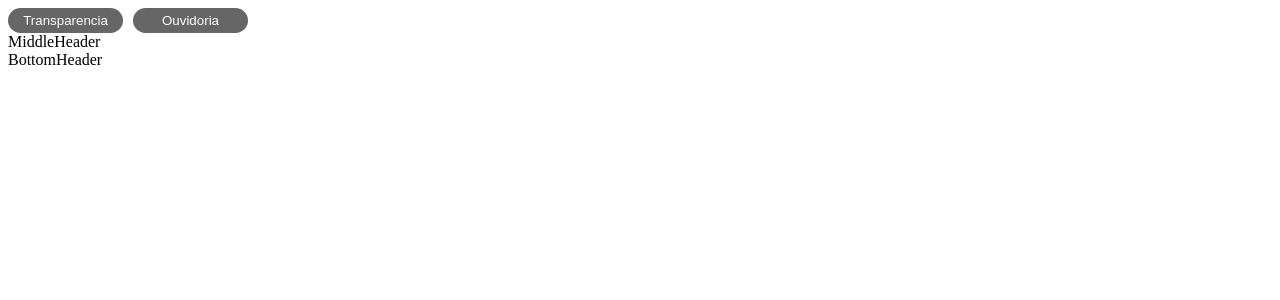
Repository: YuriSarmanho/prodepaSite
Page: / (app in prodepa-site/)
These files come from the project's save history. The page is drawn as it stood at one moment and after a run of saves; the edit follows.
The browser window is 1280 px wide. The pictures show the whole page.
The project was rebuilt for these pictures with package versions that can differ from the ones it lists, and the page was loaded fresh each time. Also part of the build but not shown: prodepa-site/src/App.css.

Above is the page before, as saved 2022-12-19 14:29:52.

After the next 2 saves:
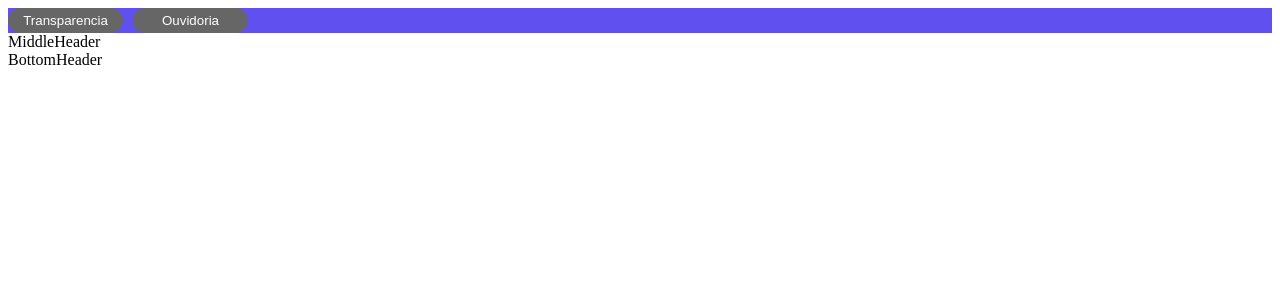
The 2 saves are shown as one change because they came seconds apart.
The last was saved 11 s later.
--- a/prodepa-site/src/sections/Header/TopHeader/index.css
+++ b/prodepa-site/src/sections/Header/TopHeader/index.css
@@ -1,5 +1,5 @@
 .topHeaderContainer {
     /* background-color: #F8F9FA ; */
-    background-color: #ee;
+    background-color: #54ee;
     margin: 0;
 }
